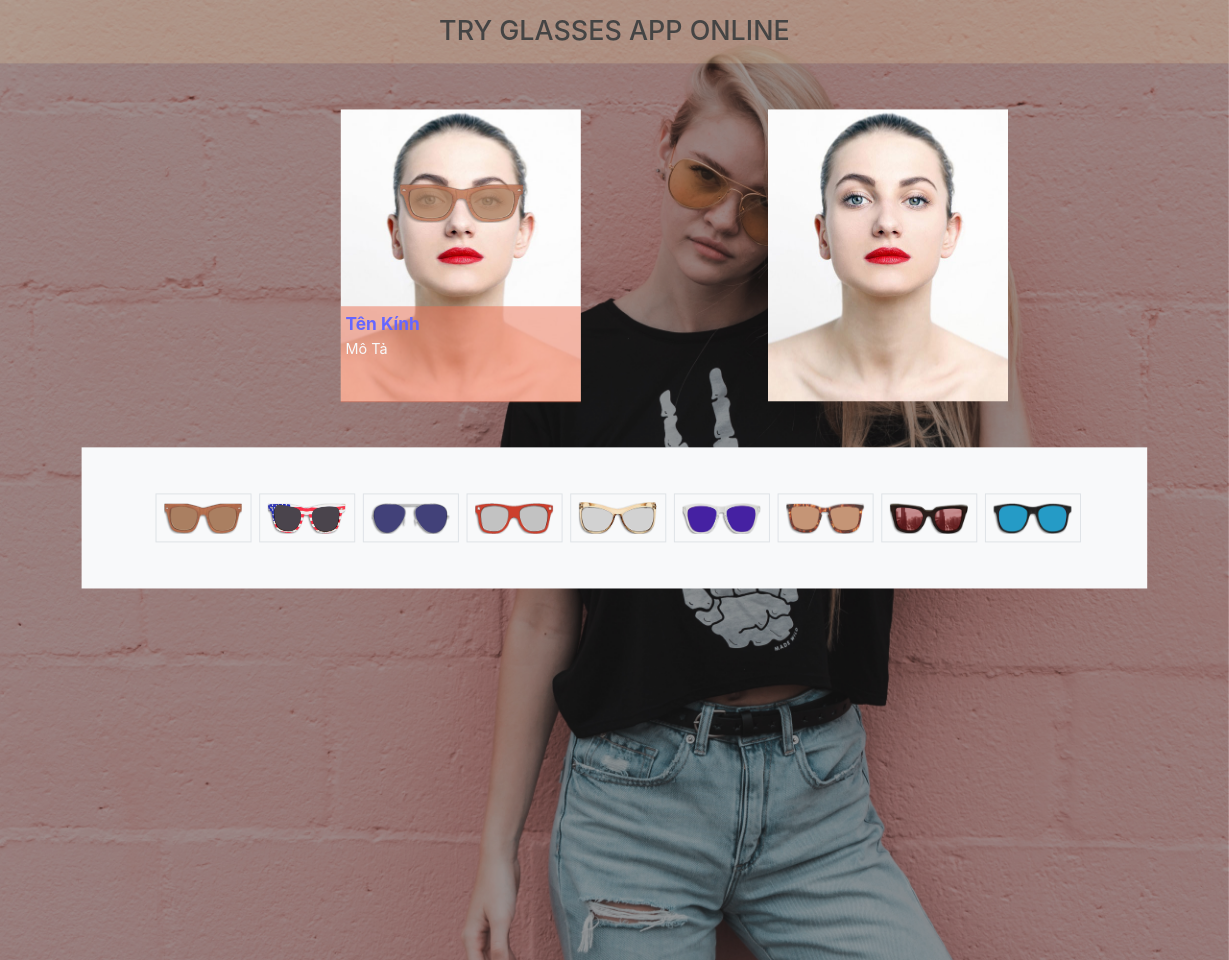
Repository: LeHieuSP/Baitapthukinh_LTH_FE70
Page: /
An editor plug-in stored every save of this project. The page is shown before and after the next save, followed by the edit.
The browser window is 1280 px wide. The pictures show the whole page, at 96% of full size.
The project was rebuilt for these pictures with package versions that can differ from the ones it lists, and the page was loaded fresh each time. Also part of the build but not shown: src/index.css, src/App.css, src/redux/actions/BaiTapDatVeAction.js, src/BaiTapRedux/BaiTapBookingTicket/ThongTinDatGhe.js, src/BaiTapRedux/BaiTapBookingTicket/HangGhe.js, src/BaiTapRedux/BaiTapBookingTicket/BaiTapBookingTicket.js.

Above is the page before, as saved 2022-03-10 01:07:59.

After the next save:
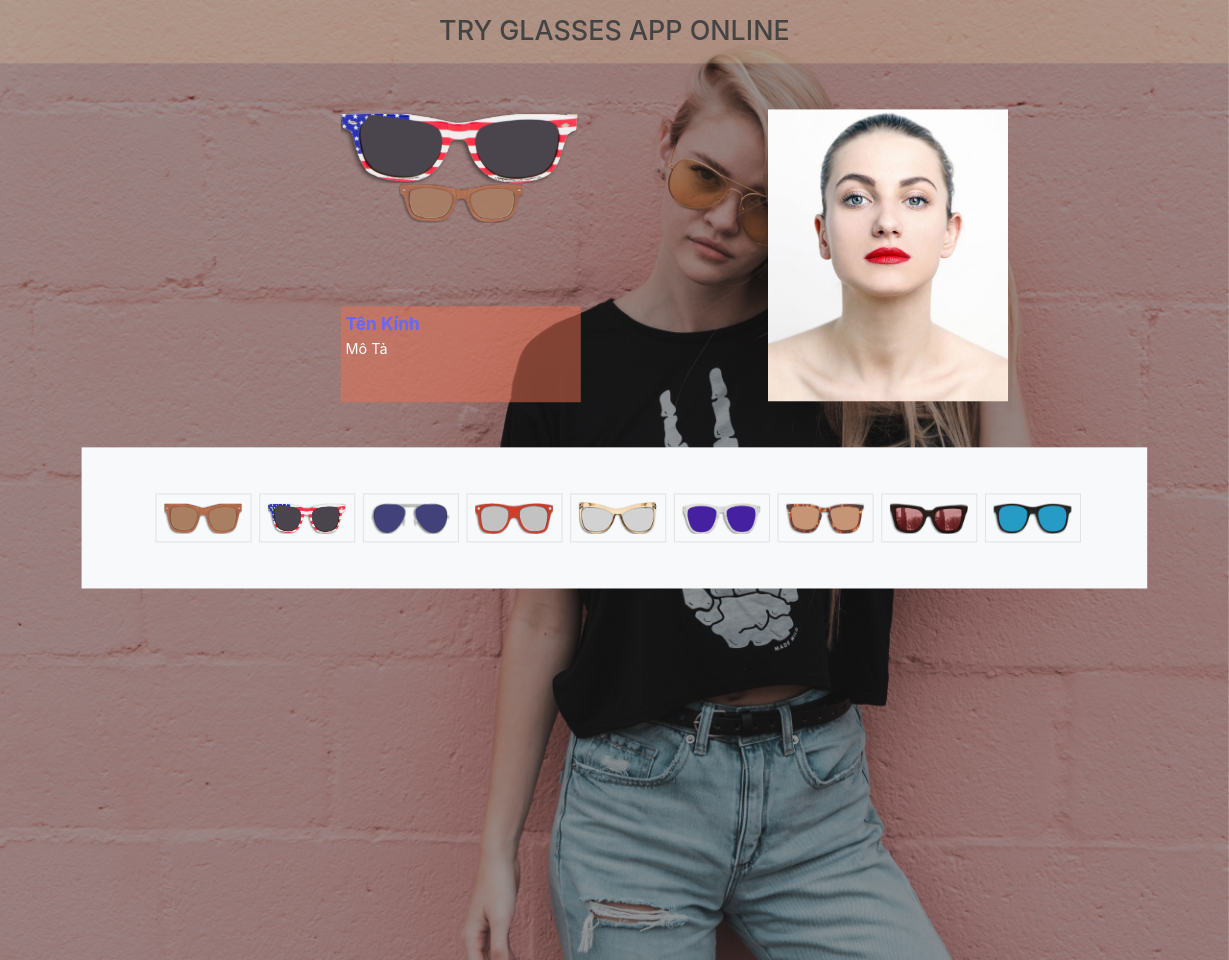
Saved 9 min 14 s later.
--- a/src/BaiTapThuKinh/BaiTapThuKinh.js
+++ b/src/BaiTapThuKinh/BaiTapThuKinh.js
@@ -4,6 +4,19 @@
 
 
 export default class BaiTapThuKinh extends Component {
+
+  state = {
+    glassesCurrent: {
+      "id": 2,
+      "price": 50,
+      "name": "GUCCI G8759H",
+      "url": "./glassesImage/v2.png",
+      "desc": "Light pink square lenses define these sunglasses, ending with amother of pearl effect tip. "
+  }
+  }
+
+
+
 
   renderGlassesList = () => {
     return dataGlasses.map((glassesItem,index)=>{
@@ -57,7 +70,7 @@
                   <div className="position-relative">
                 <img className="position-absolute"
                   style={{ width: "250px" }}
-                  src="./glassesImage/model.jpg"
+                  src={this.state.glassesCurrent.url}
                   alt="model.jpg"
                 />
                 <img style={styleGlasses}

After the save that followed:
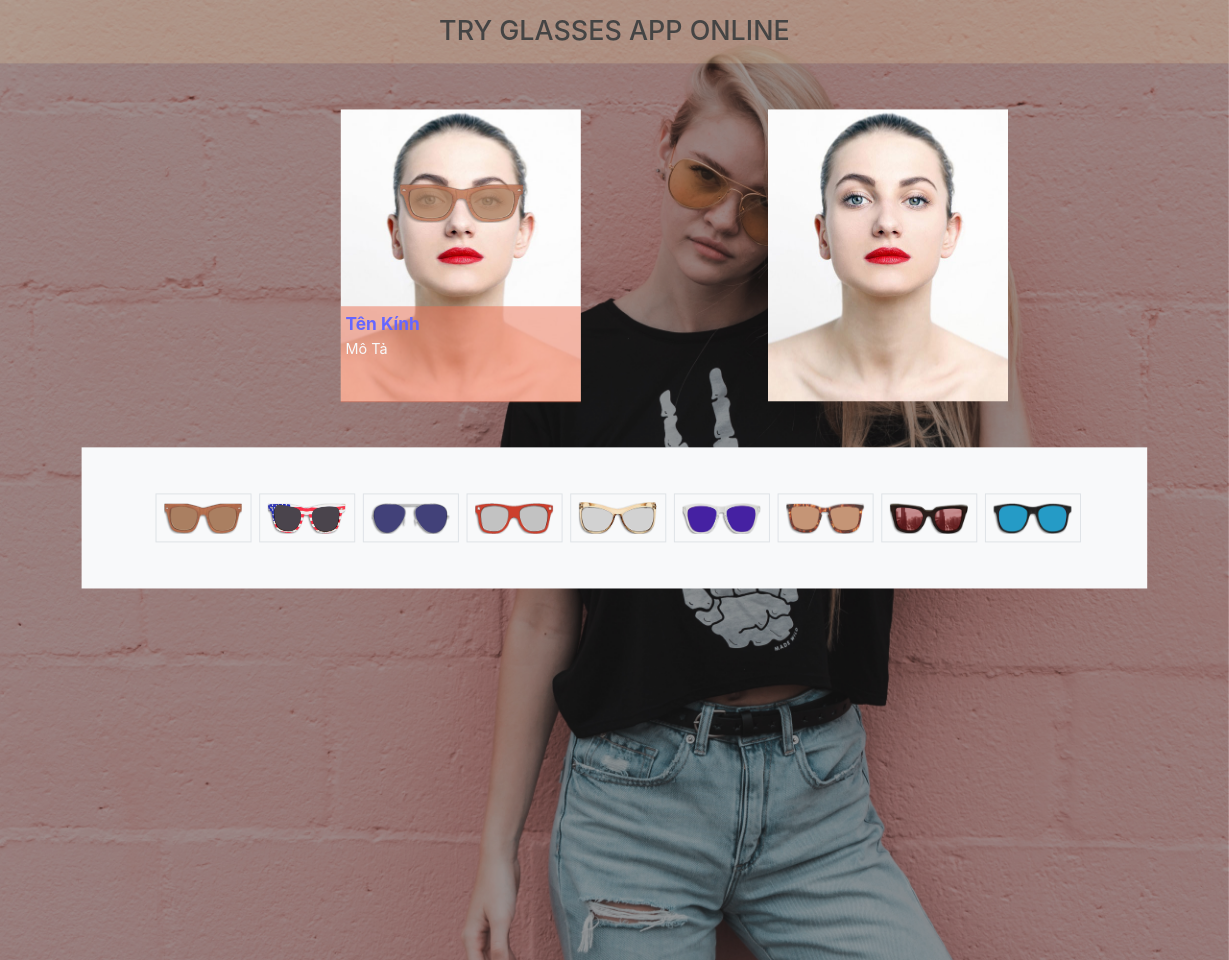
Saved 42 s later.
--- a/src/BaiTapThuKinh/BaiTapThuKinh.js
+++ b/src/BaiTapThuKinh/BaiTapThuKinh.js
@@ -70,7 +70,7 @@
                   <div className="position-relative">
                 <img className="position-absolute"
                   style={{ width: "250px" }}
-                  src={this.state.glassesCurrent.url}
+                  src="./glassesImage/model.jpg"
                   alt="model.jpg"
                 />
                 <img style={styleGlasses}
